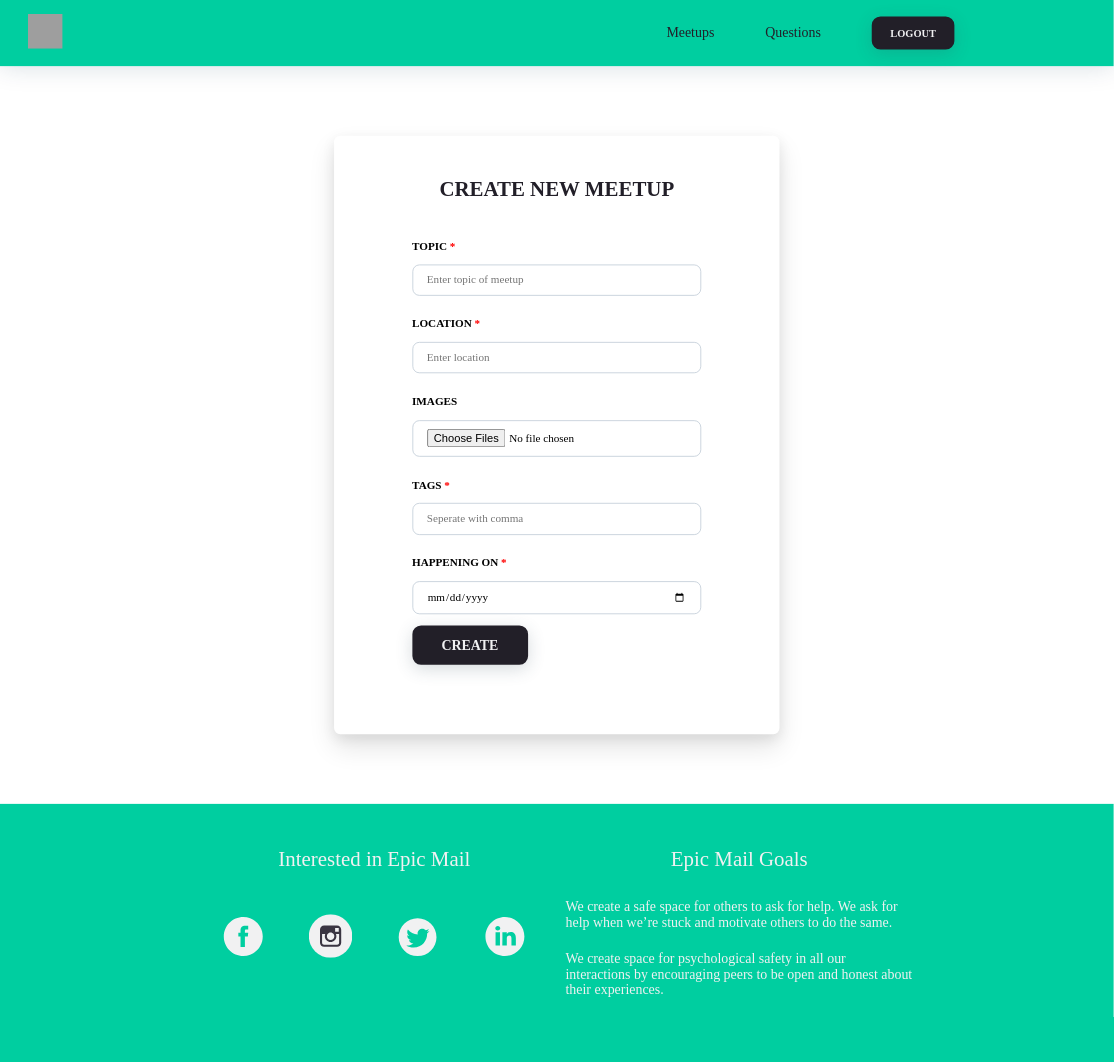
Repository: Gfreedoms/Epic-Mail
Page: pages/create_group.html
The author's editor kept a copy of each file at every save. The page is drawn from the files as they stood at one save, then again after the next save.
The browser window is 1280 px wide. The pictures show the whole page, at 87% of full size.
Pictures or frames that could not be fetched are drawn as grey boxes. Some web fonts or font styles are not loaded; a fallback is used.

Above is the page before, as saved 2019-02-27 08:30:04.

After the next save:
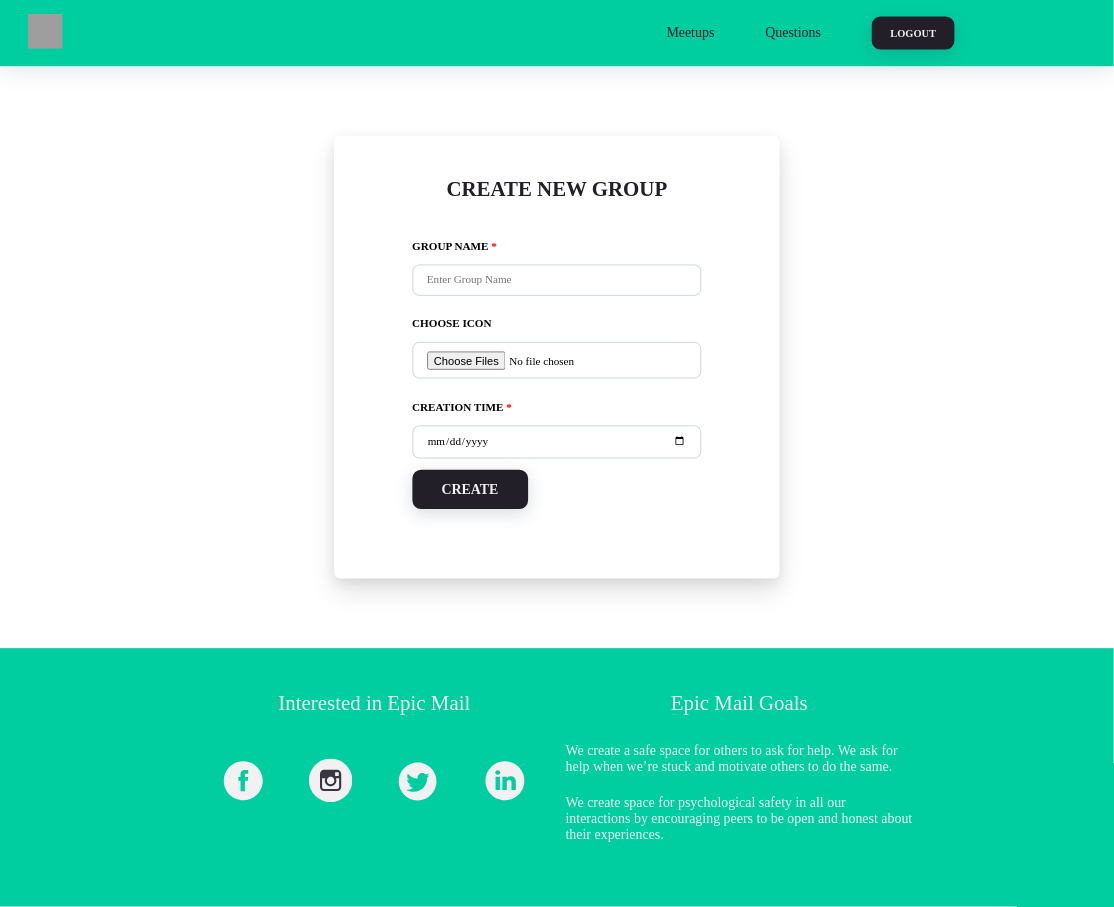
Saved 5 min 36 s later.
--- a/pages/create_group.html
+++ b/pages/create_group.html
@@ -49,26 +49,20 @@
 		<div id="q-wrapper" class="card mauto m4 p3">
 			<form action="/" method="POST">
 				<div class="container">
-					<h3 class="md-text">Create New Meetup</h3>
+					<h3 class="md-text">Create New Group</h3>
 					<div class="m1 input">
-						<label class="m1" for="name">Topic <span class="is-danger">*</span></label>
-						<input class="p1 b-rsm" type="text" name="topic" placeholder="Enter topic of meetup">
+						<label class="m1" for="name">Group Name <span class="is-danger">*</span></label>
+						<input class="p1 b-rsm" type="text" name="topic" placeholder="Enter Group Name ">
 					</div>
+
 					<div class="m1 input">
-						<label class="m1" for="name">Location <span class="is-danger">*</span></label>
-						<input class="p1 b-rsm" name="location" placeholder="Enter location">
+						<label class="m1" for="name">Choose icon </label>
+						<input class="p1 b-rsm" name="files" type="file" accept="image/*" placeholder="Choose Icon" multiple>
 					</div>
+
 					<div class="m1 input">
-						<label class="m1" for="name">Images </label>
-						<input class="p1 b-rsm" name="files" type="file" accept="image/*" placeholder="Choose Images" multiple>
-					</div>
-					<div class="m1 input">
-						<label class="m1" for="name">Tags <span class="is-danger">*</span></label>
-						<input class="p1 b-rsm" type="text" name="tags" placeholder="Seperate with comma">
-					</div>
-					<div class="m1 input">
-						<label class="m1" for="name">Happening On <span class="is-danger">*</span></label>
-						<input class="p1 b-rsm" type="date" name="happeningOn">
+						<label class="m1" for="name">Creation Time <span class="is-danger">*</span></label>
+						<input class="p1 b-rsm" type="date" name="Creation Time">
 					</div>
 					<div class="m2 input">
 						<a class="btn sm box-sh-dark" href="./meetup.html">Create</a>
